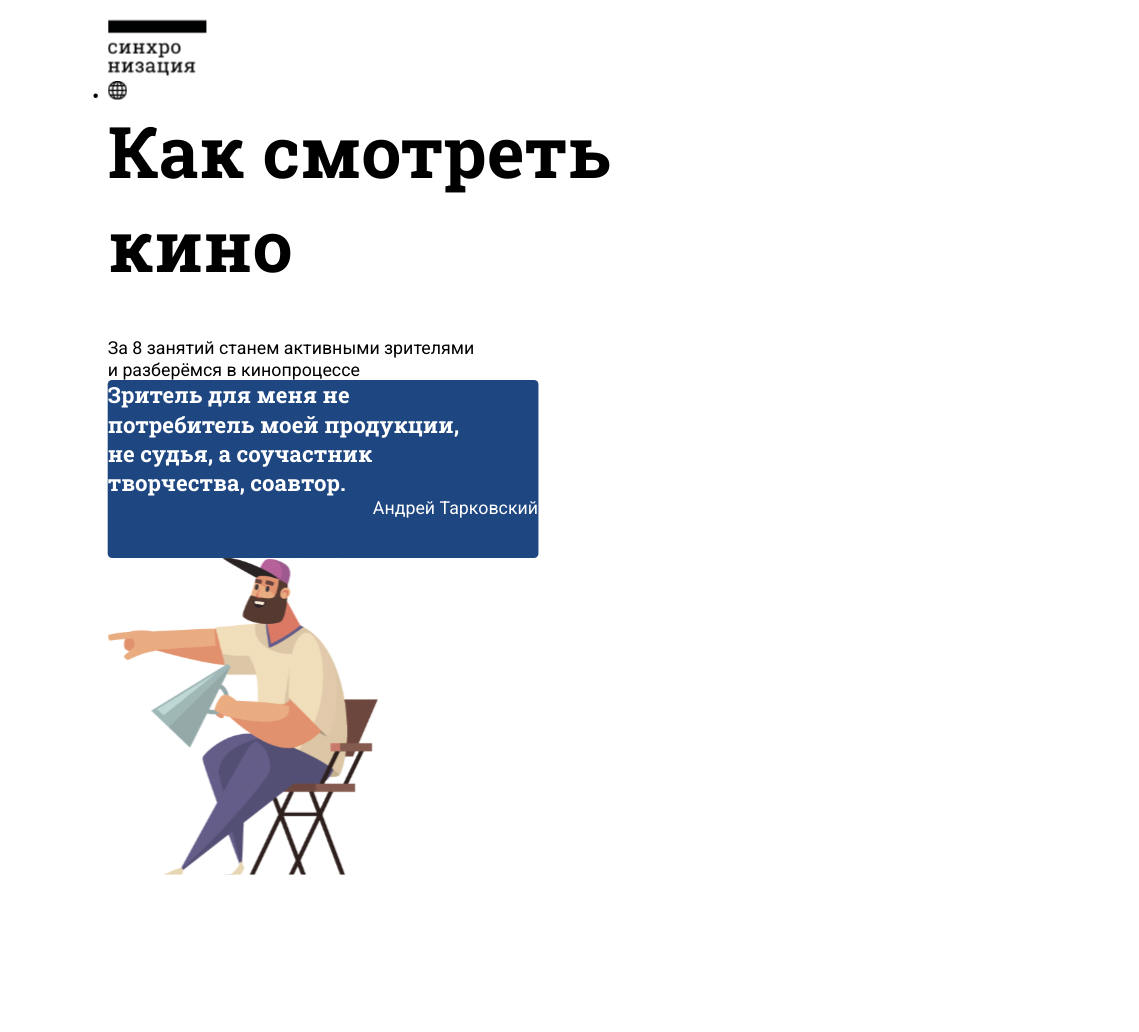
Repository: kubrazamanova/project1
Page: index.html
An editor plug-in stored every save of this project. The page is shown before and after the next save, followed by the edit.
The browser window is 1280 px wide. The pictures show the whole page, at 89% of full size.

Above is the page before, as saved 2023-09-09 12:42:29.

### index.html
<!DOCTYPE html>
<html lang="en">

<head>
  <meta charset="UTF-8" />
  <meta name="viewport" content="width=device-width, initial-scale=1.0" />
  <title>Document</title>
  <link rel="stylesheet" href="index.css" />
</head>

<body>
  <div class="container">
    <img class="logo-img" src="./images/logo_mobile_black 1 (1).svg" alt="">
<ul>
  <li>
<img src="./images/globe (1).svg" alt="">
<p></p>
  </li>
</ul>



    <div class="text-container">
      <h1>Как смотреть кино</h1>
      <p>За 8 занятий станем активными зрителями и разберёмся в кинопроцессе</p>
    </div>
    <div class="card-box">
      <div class="blue">
        <h1> Зритель для меня не потребитель моей продукции, не судья, а соучастник творчества, соавтор. </h1>
        <br>
        <h2>Андрей Тарковский</h2>
      </div>
    </div>
    <img src="./noroot 1.svg" alt="">
  </div>

</body>
</html>

### index.css
@import url("https://fonts.googleapis.com/css2?family=Roboto+Slab:wght@700&family=Roboto:wght@400;700&display=swap");
* {
  margin: 0;
  padding: 0;
  box-sizing: border-box;
}
.container {
    padding:  21px 246px 173px 121px;
}
.container .logo-img{
    width: 112px;
height: 66px;
}
.text-container {
  /* padding: 248px 246px 174px 122px; */
}
.card-box {
  /* padding: 87px 0 173px 409px; */
}

.text-container h1 {
  margin-bottom: 51px;
  width: 628px;
  color: #000;
  font-family: Roboto Slab;
  font-size: 80px;
  font-style: normal;
  font-weight: 700;
}
.text-container p {
  width: 414px;
  color: #000;
  font-family: Roboto;
  font-size: 20px;
  font-style: normal;
  font-weight: 400;
}
 .img {
  width: 304px;
  height: 356px;
}
.blue {
  border-radius: 5px;
  background: #1e4681;
  width: 483.635px;
  height: 200px;
}

.blue h1 {
  width: 430.589px;
  height: 113px;
  color: #fff;
  font-family: Roboto Slab;
  font-size: 25px;
  font-style: normal;
  font-weight: 400;
}
.blue h2 {
  color: #fff;
  text-align: right;
  font-family: Roboto;
  font-size: 20px;
  font-style: normal;
  font-weight: 400;
}

After the next save:
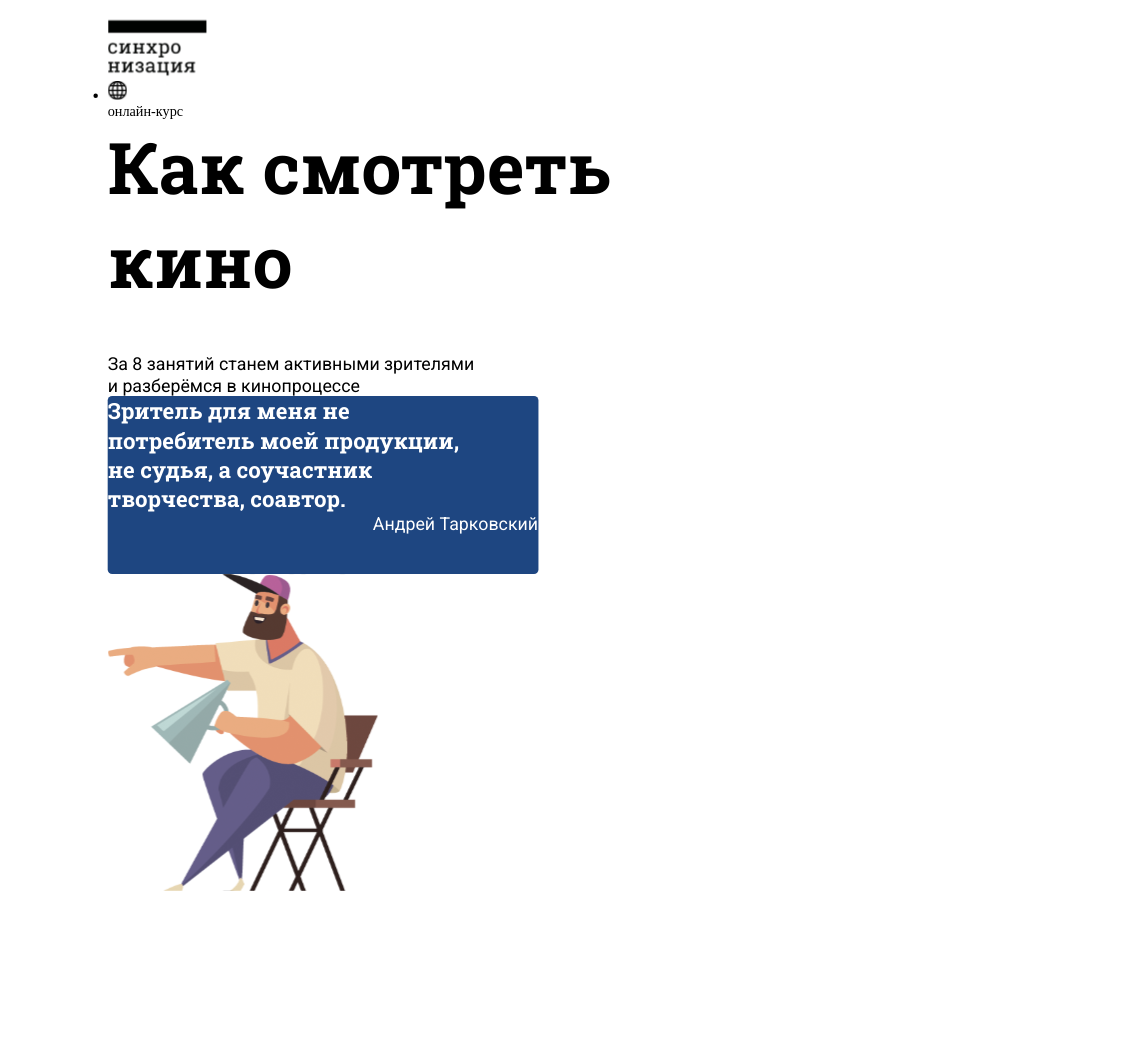
Saved 8 s later.
--- a/index.html
+++ b/index.html
@@ -14,7 +14,7 @@
 <ul>
   <li>
 <img src="./images/globe (1).svg" alt="">
-<p></p>
+<p>онлайн-курс</p>
   </li>
 </ul>
 
